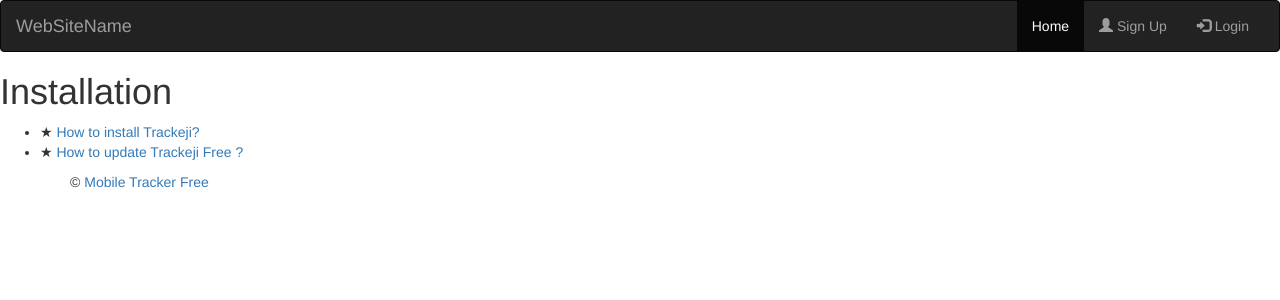
Repository: prathmeshgodbole/Web_Development
Page: Mobile_tracker/Installation.html
These files come from the project's save history. The page is drawn as it stood at one moment and after the next save; the edit follows.
The browser window is 1280 px wide. The pictures show the whole page.

Above is the page before, as saved 2020-03-08 17:34:21.

### Mobile_tracker/Installation.html
<!DOCTYPE html>
<html lang="en">

<head>
    <title>Bootstrap Example</title>
    <meta charset="utf-8">
    <meta name="viewport" content="width=device-width, initial-scale=1">
    <link rel="stylesheet" href="https://maxcdn.bootstrapcdn.com/bootstrap/3.4.1/css/bootstrap.min.css">
    <script src="https://ajax.googleapis.com/ajax/libs/jquery/3.4.1/jquery.min.js"></script>
    <script src="https://maxcdn.bootstrapcdn.com/bootstrap/3.4.1/js/bootstrap.min.js"></script>
</head>

<body>

    <nav class="navbar navbar-inverse">
        <div class="container-fluid">
            <div class="navbar-header">
                <button type="button" class="navbar-toggle" data-toggle="collapse" data-target="#myNavbar">
        <span class="icon-bar"></span>
        <span class="icon-bar"></span>
        <span class="icon-bar"></span>
      </button>
                <a class="navbar-brand" href="#">WebSiteName</a>
            </div>
            <div class="collapse navbar-collapse" id="myNavbar">

                <ul class="nav navbar-nav navbar-right">
                    <li class="active"><a href="#">Home</a></li>
                    <li><a href="#"><span class="glyphicon glyphicon-user"></span> Sign Up</a></li>
                    <li><a href="#"><span class="glyphicon glyphicon-log-in"></span> Login</a></li>
                </ul>
            </div>
        </div>
    </nav>




    <div class="section-header">
        <h1 class="section-title">Installation</h1>
    </div>



    <p class="section-description"></p>


    <ul class="article-list">

        <li class="article-promoted">

            <span data-title="Promoted article">★</span>

            <a href="">How to install Trackeji?</a>
        </li>

        <li class="article-promoted">

            <span data-title="Promoted article">★</span>

            <a href="">How to update Trackeji Free ?</a>
        </li>

    </ul>



    </div>
    </main>

    </div>
    <!--/.container-->
    <footer class="footer container">
        <div class="container-inner">
            <p class="copyright">&copy; <a href=https://mobile-tracker-free.com>Mobile Tracker Free</a></p>
        </div>
    </footer>



</body>

</html>

After the next save:
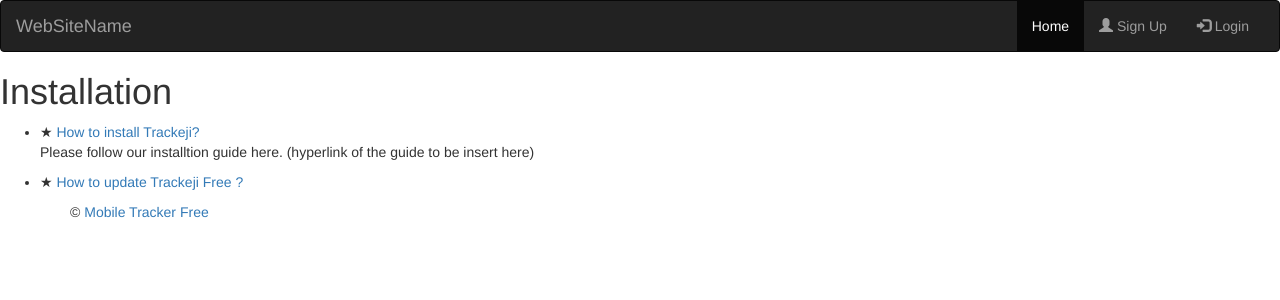
Saved 89 s later.
--- a/Mobile_tracker/Installation.html
+++ b/Mobile_tracker/Installation.html
@@ -50,8 +50,8 @@
         <li class="article-promoted">
 
             <span data-title="Promoted article">★</span>
-
             <a href="">How to install Trackeji?</a>
+            <p>Please follow our installtion guide here. (hyperlink of the guide to be insert here)</p>
         </li>
 
         <li class="article-promoted">
